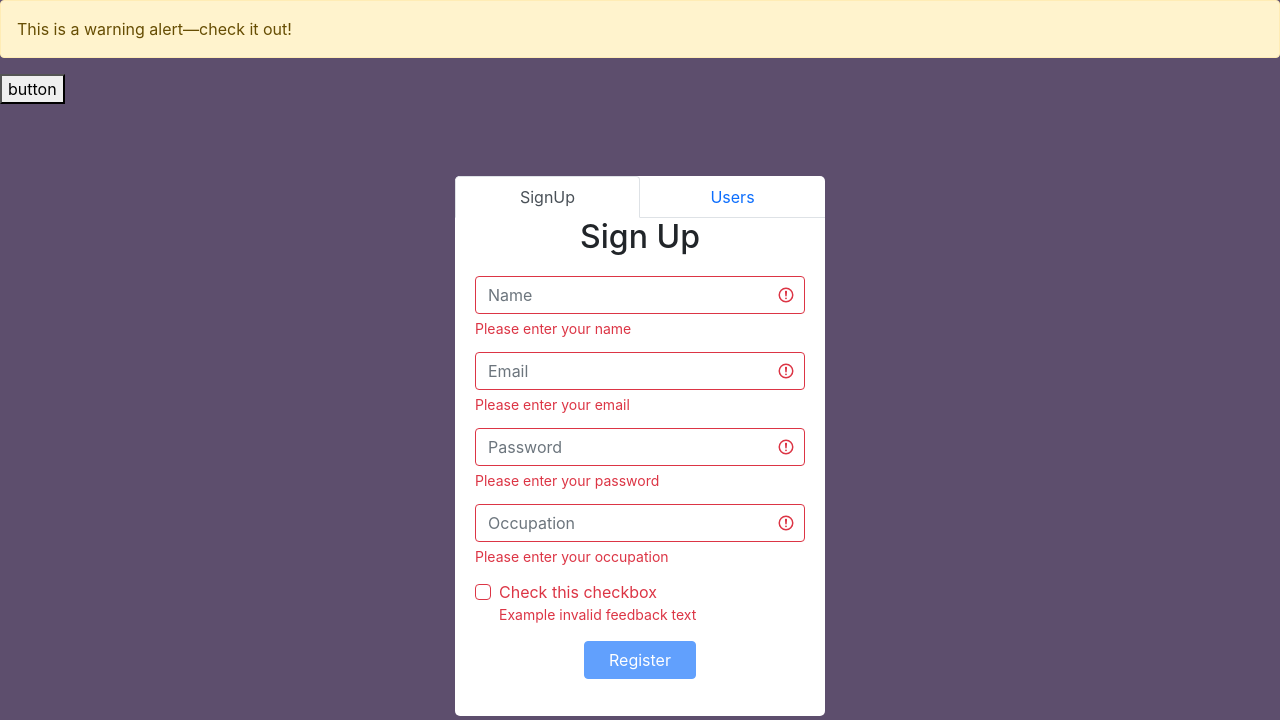
Repository: asadalibest1/SignUp-from
Page: /
These files come from the project's save history. The page is drawn as it stood at one moment and after the next save; the edit follows.
The browser window is 1280 px wide. The pictures show the whole page.
The project was rebuilt for these pictures with package versions that can differ from the ones it lists, and the page was loaded fresh each time.

Above is the page before, as saved 2021-02-08 22:56:37.

After the next save:
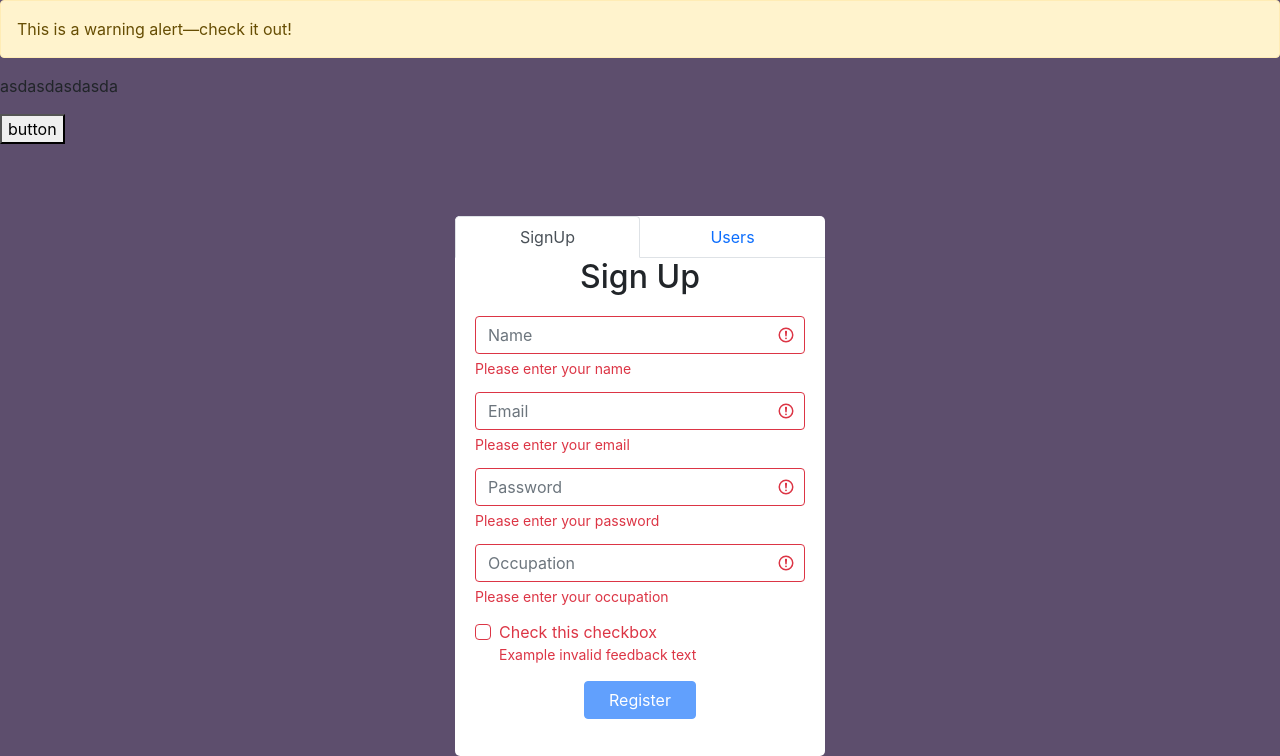
Saved 33 s later.
--- a/src/components/App1/App1.js
+++ b/src/components/App1/App1.js
@@ -11,9 +11,10 @@ export default function App1() {
     }
     return (
         <div>
-            <div class="alertea alert alert-warning" role="alert">
+            <div className="alertea alert alert-warning" role="alert">
                 This is a warning alert—check it out!
             </div>
+                <p className="alertea">asdasdasdasda</p>
                 <button onClick={Chnage}>button</button>
             <Tabs />
         </div>
